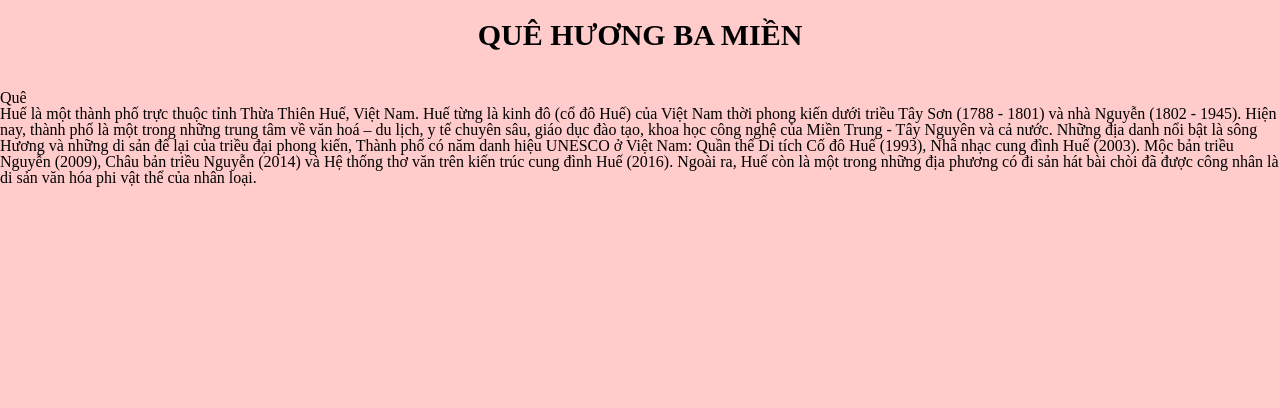
Repository: Tan-Khang21/TH_TKW--Buoi_06
Page: Bai_Tap_Tren_lop/Bai_02/LayoutCSS2.html
An editor plug-in stored every save of this project. The page is shown before and after the next save, followed by the edit.
The browser window is 1280 px wide. The pictures show the whole page.

Above is the page before, as saved 2024-03-11 20:13:51.

After the next save:
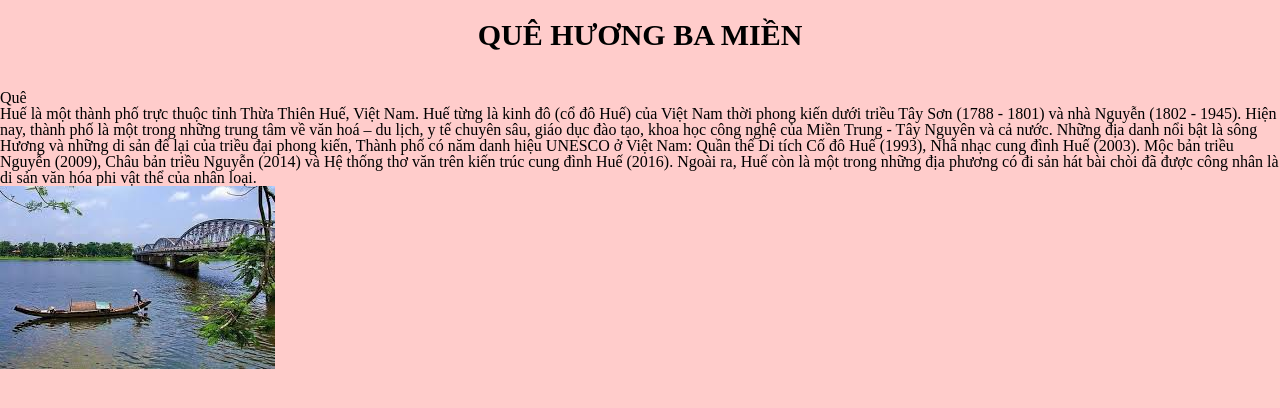
Saved 66 s later.
--- a/Bai_Tap_Tren_lop/Bai_02/LayoutCSS2.html
+++ b/Bai_Tap_Tren_lop/Bai_02/LayoutCSS2.html
@@ -25,6 +25,9 @@
         phương có đi sản hát bài chòi đã được công nhân là di sản văn hóa phi
         vật thể của nhân loại.
       </p>
+      <div class="images">
+        <img src="images/images1.jpg" alt="" />
+      </div>
     </div>
   </body>
 </html>
